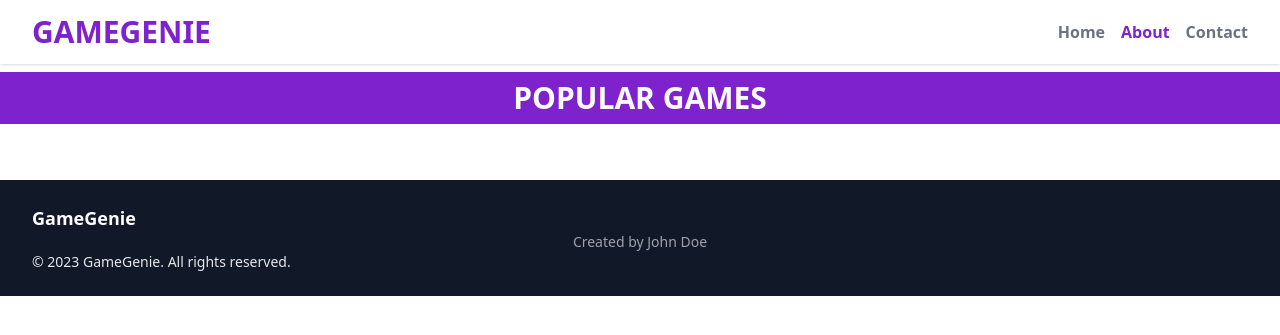
Repository: mfaeezshabbir/Gamegenie
Page: /allGames
The author's editor kept a copy of each file at every save. The page is drawn from the files as they stood at one save, then again after the next save.
The browser window is 1280 px wide. The pictures show the whole page.
The page's requests for data from a server got no answer. The project was rebuilt for these pictures with package versions that can differ from the ones it lists, and the page was loaded fresh each time. The framework's server and built-in components were replaced by stand-ins that run in the browser. No one was signed in, and anything a server would have sent is missing. Also part of the build but not shown: next.config.js, components/GameCard/GameCard.jsx.

Above is the page before, as saved 2023-04-18 16:20:17.

After the next save:
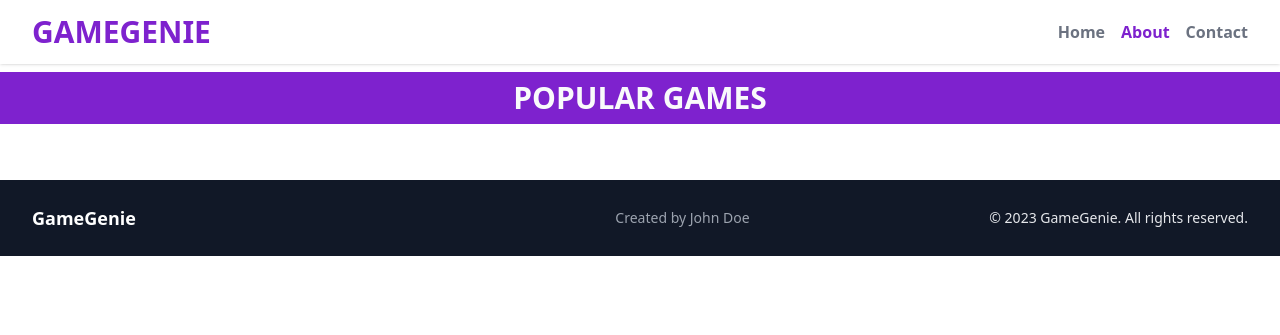
Saved 13 s later.
--- a/components/Footer/Footer.jsx
+++ b/components/Footer/Footer.jsx
@@ -18,7 +18,7 @@ function Footer() {
             </li> */}
           </ul>
         </div>
-        <div className="container mx-auto text-center text-gray-400 text-sm">
+        <div className="text-center text-gray-400 text-sm">
           <p>Created by John Doe</p>
         </div>
 
